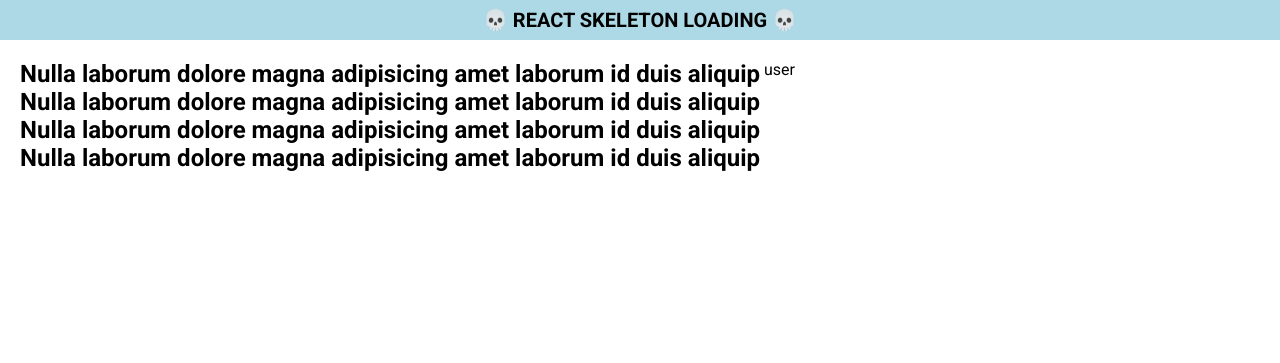
Repository: ethanJones21/React-Skeleton-Loading
Page: /
An editor plug-in stored every save of this project. The page is shown before and after the next save, followed by the edit.
The browser window is 1280 px wide. The pictures show the whole page.
The project was rebuilt for these pictures with package versions that can differ from the ones it lists, and the page was loaded fresh each time.

Above is the page before, as saved 2020-11-26 02:09:38.

After the next save:
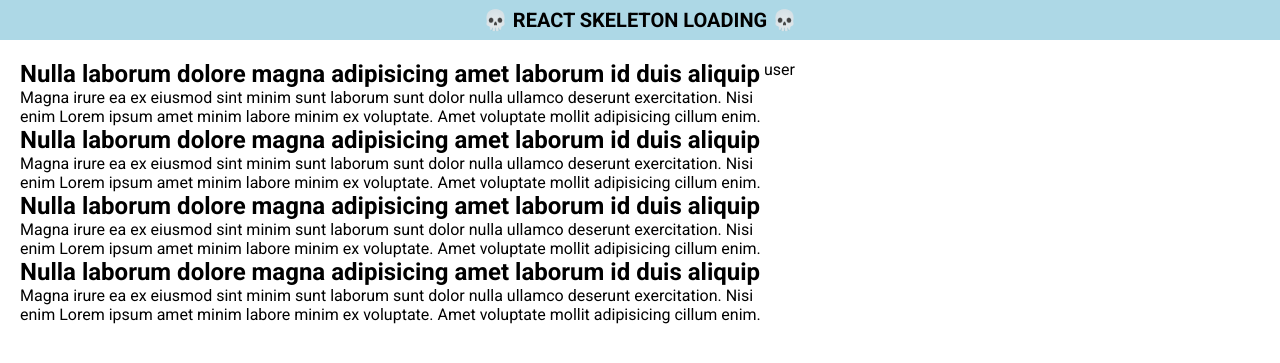
Saved 25 s later.
--- a/src/components/Post.js
+++ b/src/components/Post.js
@@ -1,12 +1,19 @@
-import React from 'react';
-import "./Post.css"
+import React from "react";
+import "./Post.css";
 
 const Post = () => {
-    return (
-        <div className="post">
-            <h2>Nulla laborum dolore magna adipisicing amet laborum id duis aliquip</h2>
-        </div>
-    );
+  return (
+    <div className="post">
+      <h2>
+        Nulla laborum dolore magna adipisicing amet laborum id duis aliquip
+      </h2>
+      <p>
+        Magna irure ea ex eiusmod sint minim sunt laborum sunt dolor nulla
+        ullamco deserunt exercitation. Nisi enim Lorem ipsum amet minim labore
+        minim ex voluptate. Amet voluptate mollit adipisicing cillum enim.
+      </p>
+    </div>
+  );
 };
 
 export default Post;
